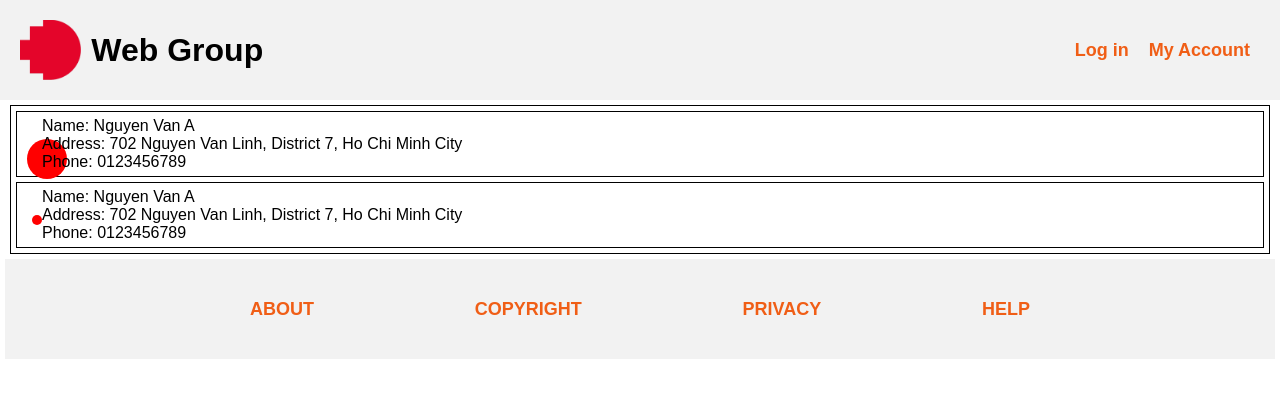
Repository: quynguyn/shoopingweb
Page: shipper.html
These files come from the project's save history. The page is drawn as it stood at one moment and after the next save; the edit follows.
The browser window is 1280 px wide. The pictures show the whole page.

Above is the page before, as saved 2023-05-04 17:22:33.

After the next save:
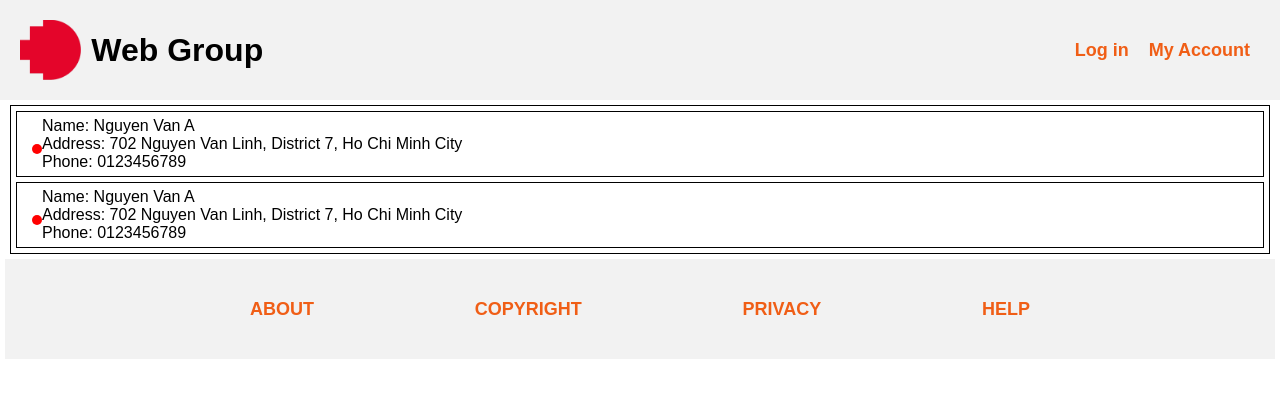
Saved 10 s later.
--- a/shipper.html
+++ b/shipper.html
@@ -29,8 +29,8 @@
 		<div class="orders-container">
 			<div class="order" onclick="popupFunction(event)">
 				<div class="activity">
-					<svg height="50" width="50">
-						<circle cx="25" cy="25" r="20" fill="red" />
+					<svg height="20" width="20">
+						<circle cx="15" cy="15" r="5" fill="red" />
 					</svg>
 				</div>
 
